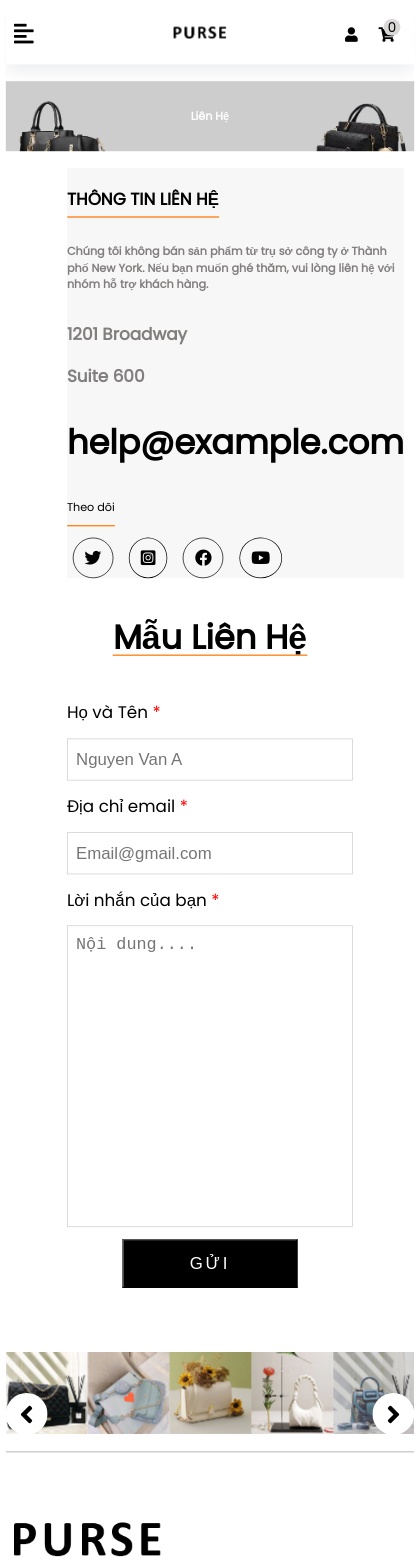
Repository: minh352623/project_firebase
Page: contact.html
These files come from the project's save history. The page is drawn as it stood at one moment and after the next save; the edit follows.
The browser window is 600 px wide. The pictures show the part of the page from y = 0 to 2240 px (the page is 3200 px tall before and 3186 px after), at 70% of full size.
Some web libraries are served in a nearby version.

Above is the page before, as saved 2022-05-12 20:18:20.

### contact.html
<!DOCTYPE html>
<html lang="en">

<head>
  <meta charset="UTF-8" />
  <meta http-equiv="X-UA-Compatible" content="IE=edge" />
  <meta name="viewport" content="width=device-width, initial-scale=1.0" />
  <link rel="icon" href="./assets/img/logo.webp">

  <link rel="stylesheet" href="https://cdnjs.cloudflare.com/ajax/libs/font-awesome/5.15.4/css/all.min.css"
    integrity="sha512-1ycn6IcaQQ40/MKBW2W4Rhis/DbILU74C1vSrLJxCq57o941Ym01SwNsOMqvEBFlcgUa6xLiPY/NS5R+E6ztJQ=="
    crossorigin="anonymous" referrerpolicy="no-referrer" />
  <link rel="preconnect" href="https://fonts.googleapis.com" />
  <link rel="preconnect" href="https://fonts.gstatic.com" crossorigin />
  <link href="https://fonts.googleapis.com/css2?family=Poppins&display=swap" rel="stylesheet" />
  <link rel="stylesheet" href="./assets/css/base.css" />
  <link rel="stylesheet" type="text/css" href="https://cdn.jsdelivr.net/npm/slick-carousel@1.8.1/slick/slick.css" />
  <link rel="stylesheet" href="./assets/css/main.css" />
  <link rel="stylesheet" href="./assets/css/contact.css">
  <link rel="stylesheet" href="./assets/css/reponsive.css">

  <title>Liên Hệ</title>
</head>

<body>
  <div class="app">
    <div class="header">
      <div class="navbar">
        <div class="icon-mobile-menu">
          <i class="fas fa-align-left"></i>
        </div>
        <div class="navbar-logo">
          <a href="#">
            <img src="./assets/img/logo.webp" alt="" />
          </a>
        </div>
        <div class="navbar-link ">
          <ul class="navbar-link-list">
            <li class="navbar-link-item mobile-hello"></li>

            <li><a href="trangchu.html" class="navbar-link-item">Trang Chủ</a></li>
            <li><a href="introduce.html" class="navbar-link-item">Giới Thiệu</a></li>
            <li class="link-hover">
              <a href="./product.html" class="navbar-link-item">Sản Phẩm<i class="fas fa-angle-down"></i></a>
              <ul class="product-selsect">
                <li><a href="">Yêu Thích</a></li>
                <li><a href="">Giảm Giá</a></li>
              </ul>
            </li>
            <li><a href="contact.html" class="navbar-link-item">Liên Hệ</a></li>
            <li><a href="" class="navbar-link-item">Thanh Toán</a></li>
            <li><a href="./register.html" class="navbar-link-item delete-log mobile-register">Đăng ký</a></li>
            <li><a href="./index.html" class="navbar-link-item delete-log mobile-login">Đăng nhập</a></li>
            <li><a href="./index.html" class="navbar-link-item mobile-exit">Thoát</a></li>
          </ul>
        </div>

        <div class="navbar-icon">
          <div class="navbar-log">
            <div class="log-in">
              <span>
                <a class="log-in-icon" href="./index.html">
                  Đăng nhập
                </a>
              </span>
            </div>
            <div class="register">
              <span class="register-char">/</span>
              <span><a class="register-icon" href="./register.html">Đăng ký</a></span>
            </div>
          </div>
          <div class="hello ">
            <span>Chào!</span>
            <span class="name-user "></span>
            <span >|</span>
            <a href="./index.html" class="exit">Thoát</a>
          </div>
          <div class="navbar-icon-list">
            <a href="./user.html " class="navbar-icon-item user-icon">
              <i class="fas fa-user"></i>
            </a>
            <span class="navbar-icon-item cart">
              <i class="fas fa-cart-plus"></i>
              <span class="quantity-item">0</span>

            </span>
            <span class="navbar-icon-item search">
              <i class="fas fa-search"></i>
            </span>
          </div>
        </div>
      </div>
    </div>

    <div class="main">
      <div class="contact-banner">
        <h2 class="contact-title">
          Liên Hệ
        </h2>
        <div class="contact-link none">
          <span>Trang chủ</span>
          <span>></span>
          <span>Liên hệ</span>

        </div>
      </div>
      <div class="contact-container">
        <div class="contact-top">
          <div class="contact-top__layout">
            <div class="contact-info">
              <h2 class="contact-info-border">THÔNG TIN LIÊN HỆ</h2>
              <p class="contact-content">Chúng tôi không bán sản phẩm từ trụ sở công ty
                ở Thành phố New York. Nếu bạn muốn ghé thăm, vui lòng liên hệ với nhóm hỗ trợ khách hàng.</p>
              <div>

                <p>1201 Broadway</p>
                <p> Suite 600</p>
              </div>
              <h2 class="contact-email">help@example.com</h2>
              <p class="contact-info-border">Theo dõi</p>

              <div class="contact-info__icon">
                <span class="contact-info__icon-tw">
                  <i class="fab fa-twitter"></i>
                </span>
                <span class="contact-info__icon-insta">
                  <i class="fab fa-instagram-square"></i>
                </span>
                <span class="contact-info__icon-face">
                  <i class="fab fa-facebook"></i>
                </span>
                <span class="contact-info__icon-youtube">
                  <i class="fab fa-youtube"></i>
                </span>
              </div>


            </div>
            <div class="contact-images ">
              <img src="./assets/img/contact/contact-bn2.png" alt="">
            </div>
          </div>

        </div>
        <div class="contact-form">
          <h1>Mẫu Liên Hệ</h1>
          <form class="contact-form-content">
            <div class="contact-form-content-top">
              <div class="contact-form-content-left">
                <div class="contact-form-content-item">
                  <p>Họ và Tên</p>
                  <span>*</span>
                </div>
                <input required type="text" placeholder="Nguyen Van A">
              </div>
              <div class="contact-form-content-right">
                <div class="contact-form-content-item">
                  <p>Địa chỉ email</p>
                  <span>*</span>
                </div>
                <input required type="email" placeholder="Email@gmail.com">
              </div>
            </div>
            <div class="contact-form-content-bot">
              <div class="contact-form-content-item">
                <p>Lời nhắn của bạn</p>
                <span>*</span>
              </div>
              <textarea required name="" id="" cols="50" rows="15" placeholder="Nội dung...."></textarea>
            </div>
            <div class="contact-form-content-btn">
              <button type="submit">GỬI</button>
            </div>

          </form>
        </div>

      </div>
      <div class="contact-instagram">
        <div class="contact-instagram-list">
          <div class="contact-instagram-list-item">
            <img src="./assets/img/contact/instagram1.webp" alt="">
            <div class="contact-instagram-list-item-hover">
              <i class="fab fa-instagram"></i>
            </div>
          </div>
          <div class="contact-instagram-list-item">
            <img src="./assets/img/contact/instagram2.webp" alt="">
            <div class="contact-instagram-list-item-hover">
              <i class="fab fa-instagram"></i>
            </div>
          </div>
          <div class="contact-instagram-list-item">
            <img src="./assets/img/contact/instagram3.webp" alt="">
            <div class="contact-instagram-list-item-hover">
              <i class="fab fa-instagram"></i>
            </div>
          </div>
          <div class="contact-instagram-list-item">
            <img src="./assets/img/contact/instagram4.webp" alt="">
            <div class="contact-instagram-list-item-hover">
              <i class="fab fa-instagram"></i>
            </div>
          </div>
          <div class="contact-instagram-list-item">
            <img src="./assets/img/contact/instagram5.webp" alt="">
            <div class="contact-instagram-list-item-hover">
              <i class="fab fa-instagram"></i>
            </div>
          </div>
          <div class="contact-instagram-list-item">
            <img src="./assets/img/contact/instagram6.webp" alt="">
            <div class="contact-instagram-list-item-hover">
              <i class="fab fa-instagram"></i>
            </div>
          </div>
          <div class="contact-instagram-list-item">
            <img src="./assets/img/contact/instagram7.webp" alt="">
            <div class="contact-instagram-list-item-hover">
              <i class="fab fa-instagram"></i>
            </div>
          </div>



        </div>


      </div>

    </div>

    <div class="footer">
      <div class="footer-content">
        <div class="footer-content-item">
          <div class="footer-content-img">
            <img src="./assets/img/logo.webp" alt="">
          </div>
          <p>Đơn giản tinh tế cho tâm trí độc lập</p>
          <div class="footer-content-icon">
            <a href="#"><i class="fab fa-twitter"></i></a>
            <a href="#"><i class="fab fa-facebook"></i></a>

            <a href="#"><i class="fab fa-instagram-square"></i></a>

          </div>
        </div>
        <div class="footer-content-item">
          <div class="footer-content-item-title">
            <span>Trợ Giúp & Thông Tin</span>
            <ul class="footer-content-item-list">
              <li>Hướng dẫn mua hàng</li>
              <li>Hướng dẫn thanh toán</li>
              <li>Chính sách bảo hành</li>
              <li>Chính sách đổi trả</li>
              <li>Tư vấn khách hàng</li>
            </ul>
          </div>
        </div>
        <div class="footer-content-item">
          <div class="footer-content-item-title">
            <span>Về Chúng Tôi</span>
            <ul class="footer-content-item-list">
              <li>Giới thiệu</li>
              <li>Tin khuyến mãi</li>
              <li>Liên hệ</li>
              <li>Địa chỉ cửa hàng</li>
              <li>Chính sách bảo mật </li>
            </ul>
          </div>
        </div>
        <div class="footer-content-item">
          <div class="footer-content-item-title">
            <span>Hỗ trợ khách hàng</span>
            <ul class="footer-content-item-list">
              <li>Tài khoản</li>
              <li>Giỏ hàng</li>
              <li>Thanh toán</li>
              <li>Kiểm tra đơn hàng</li>
              <li>Cảm nhận khách hàng</li>
            </ul>
          </div>
        </div>

      </div>



    </div>
  </div>
  <div class="model-cart ">
    <div class="cart-container">
      <div class="cart-top">
        <div class="clear cart-top-close">
          <i class="fas fa-times"></i>
        </div>
        <div class="cart-top-title">
          <span>Giỏ Hàng</span>
        </div>
        <div class="cart-top-quantity">
          <span>1</span>
        </div>

      </div>

      <div class="array-empty"></div>
      <div class="cart-center">
      </div>

      <div class="cart-bottom">
        <div class="cart-bottom-price">
          <span>Tổng tiền:</span>
          <span class="total-price">0</span>
        </div>

        <div class="cart-bottom-btn">
          <a href="#"> <button>Xem giỏ hàng</button></a>
          <a href="#"> <button>Thanh toán</button></a>

        </div>
      </div>
    </div>

  </div>

  <script type="text/javascript" src="https://code.jquery.com/jquery-1.11.0.min.js"></script>
  <script type="text/javascript" src="https://code.jquery.com/jquery-migrate-1.2.1.min.js"></script>
  <script type="text/javascript" src="https://cdn.jsdelivr.net/npm/slick-carousel@1.8.1/slick/slick.min.js"></script>
  <script src="./js/slick.js"></script>
  <script src="./js/main.js" type="module"></script>
  <script src="./js/user.js"></script>

</body>

</html>

### assets/css/base.css
:root{
    --background-main:#e4e4e4;
    --hover-color:#ff871d ;
    --white-color:#fff;
    --text-color: #000;

}

*{
    box-sizing:  border-box;
}

html{
    /* 16px */
    font-size: 100%;
    line-height: 1.6rem;
    font-family: 'Poppins', sans-serif;
    scroll-behavior: smooth;
}

### assets/css/contact.css
.contact-banner{
    background-image: url('../img/contact/contact-bn1.png');
    background-size: contain;
    height: 60vh;
    display: flex;
    flex-direction: column;
    justify-content: center;
    align-items: center;
}

.contact-title {
    color: #fff;
    font-size: 3rem;
}
.contact-link {
    font-size: 1.5rem;
    color: #fff;


}
.contact-container{

    width: 80%;
    margin: 24px auto;
}
.contact-top{
    display: flex;
    justify-content: center;
}
.contact-top__layout{
    display: grid;
    grid-template-columns: 1fr 1fr;
    background-color: #f7f7f7;
    padding: 8px;
}
.contact-info{
    padding: 0 30px;
    display: flex;
    flex-direction: column;
    justify-content: space-between;

}

.contact-images img{
    width: 100%;
    height: 100%;
    object-fit: cover;
}
.contact-info >div,
.contact-content{
    font-weight: 600;
    color: rgb(129, 126, 126);
    font-size: 1.5rem;
    line-height: 1.5;

}
.contact-email{
    font-size: 3rem;
}
.contact-info > p:nth-child(2){
    font-size: 1.4rem;
}


.contact-info__icon i{
    margin: 0 8px;
    padding: 16px;
    border: 1px solid #000;
    border-radius:50%;
    color: #000;
    cursor: pointer;

}
.contact-info__icon i:hover{
    background-color: var(--hover-color);
    color: var(--white-color)
}
.contact-form h1,
.contact-info-border{
    border-bottom: 2px solid #ff871d;
    display: inline;
    width: fit-content;
    padding: 12px 0;
}

.contact-form{
    display: flex;
    flex-direction: column;
    margin: 48px 0;
}
.contact-form h1{
    text-align: center;
    margin: 12px auto;
    font-size:3rem;
}
.contact-form-content{
    margin: 32px 0;
    font-size: 1.5rem;
}
.contact-form-content-top{
    display: grid;
    grid-template-columns: 1fr 1fr;
    grid-gap: 0 24px;
}

.contact-form-content-right input,
.contact-form-content-left input{
    width: 100%;
    height: 60px;
    font-size: 1.5rem;
    padding: 12px;
    border:1px solid #ccc;
}

.contact-form-content-bot textarea{
    width: 100%;
    resize: none;
    font-size: 1.5rem;
    padding: 12px;
    border-color: #ccc;

}
.contact-form-content-item p{
  display: inline-block;
}
.contact-form-content-item span{
    color: red;
    font-size: 1.5rem;
}

.contact-form-content-btn{
    text-align: center;
    padding: 12px;

}
.contact-form-content-btn button{
    width: 250px;
    height: 70px;
    font-size: 1.5rem;
    color: var(--white-color);
    background-color: var(--text-color);
    letter-spacing: 4px;
    cursor: pointer;
}
.contact-form-content-btn button:hover{
    background-color: var(--hover-color);
    border: 0;
}


.contact-instagram-list-item{
    position: relative;
    display: grid;
    grid-template-columns: repeat(4, 1fr);
    overflow: hidden;
}
.contact-instagram-list-item img{
    width: 100%;
    transition: all 0.6s ease;
    object-fit: cover;
}
.contact-instagram-list-item-hover{
    position: absolute;
    top: 0;
    left: 0;
    bottom: 0;
    right: 0;
    display: flex;
    justify-content: center;
    align-items: center;
    color: var(--white-color);
    font-size: 3rem;
    background-color: rgba(0, 0, 0, 0.6);
    visibility: hidden;
    opacity: 0;
    transition: all 1s ease;

}
.contact-instagram-list-item:hover img {
    transform: scale(1.2);
}

.contact-instagram-list-item:hover .contact-instagram-list-item-hover{
 visibility: visible;
 opacity: 1;

}
.user-icon{
    text-decoration: none;
    color: #000;
}

### assets/css/reponsive.css

@media (min-width: 740px) and (max-width: 1023px){

}
/* mobile */
@media  (max-width: 739px){
    .navbar-logo img {
        width: 75px;
    }
    .search {
        display: none;
    }
    .navbar-link {
        position: fixed;
        background-color: rgba(0, 0, 0, 0.4);
        z-index: 999;
        top: 0;
        bottom: 0;
        right: 0;
        left: 0;
        visibility: hidden;


    }
    .navbar-link.active{
        visibility: visible;
    }
    .navbar-link.active .navbar-link-list{
        transform: translateX(0);
        opacity: 1;
    }
    .navbar-link-list{
        position: absolute;
        background-color: #fff;
        top: 0;
        left: 0;
        bottom: 0;
        flex-direction: column;
        margin-top: 0;
        box-shadow: rgba(149, 157, 165, 0.2) 0px 8px 24px;
        width: 300px;
        transform: translateX(-100%);
        opacity: 0;
        transition: all 0.5s ease;
    }
    .navbar-link-list li{


        border-bottom: 0.5px solid #999;
    }

    .navbar-link-list li a{
        text-align: left;

        padding: 8px;
        margin: 20px 0;
        display: flex;
        font-size: 1.2rem;
        text-transform: uppercase;
    }
    .navbar-log{
        display: none;
    }
    .icon-mobile-menu {
        display: block;
        margin-right: 50px;
    }
    .main-banner{
        grid-template-columns: repeat(1,1fr);
        grid-gap:12px 0
    }
    .main-conent{
        display: none;
    }
    .main-product {
        grid-template-columns: repeat(1,1fr);
        overflow-y: auto;
    }
    .main-time{
        display: none;
    }
    .none{
        display: none;
    }
    .main-blog-list{
        grid-template-columns: 1fr;
    }
    .footer-content{
        grid-template-columns: repeat(1,1fr);
    }


    /* Introduce */
    .contact-banner{
        background-repeat: no-repeat;
        height: 100px;
        width: 100%;
        background-size: cover;
    }
    .contact-title{
        font-size: 1rem;


    }
    .main-content{
        width: 100%;
    }
    .main-content-text{
        padding: 0;
    }
    .main-content-item{
        grid-template-columns: repeat(1,1fr);
    }
    .main-content .main-content-item:nth-child(2){
        display: flex;
        flex-direction: column-reverse;
    }

    .page-product{
        grid-template-columns: repeat(2 ,1fr);
    }
    .contact-top__layout{
    display: grid;
    grid-template-columns: repeat(1,1fr);
    grid-gap:12px 0

    }
    .contact-container{
        width: 70%;

    }
    .contact-top{
        margin-top: 12px;
        width: fit-content;
    }
    .contact-top__layout,
    .contact-info{
        padding: 0;
    }
    .contact-form-content{
        display: grid;
        grid-template-columns: repeat(1,1fr);
    }
    .contact-form-content-top{
        grid-template-columns: repeat(1,1fr);
    }
    .cart-container{
        width: 80%;
    }
    .contact-images {
        display: none;
    }

    /* login */
    .main{
        width: 100%;
    }
    .main-login form{
        grid-template-columns: repeat(1, 1fr);
    }
    .main-login{
        width: 100%;
        margin: 0;
    }

    .main-login-item input{
        width: 100%;
    }
    .main-register,
    .mess{
        width: 100%;
    }
    .main-register form{
        grid-template-columns: repeat(1,1fr);
    }
    .main-register-item input{
        width: 100%;
    }
    .hello{
        display: none;
    }
    .mobile-heollo,
    .delete-log,
    .mobile-exit{
        display: block;
    }

    /* contact */
    .contact-info > p:nth-child(2){
        font-size: 1rem;
    }
    .contact-top__layout, .contact-info{
        width: 100%;
    }
}

Loaded but not shown: js/main.js (210 lines, source omitted); js/data.js (167 lines, source omitted); js/user.js (50 lines, source omitted); js/slick.js (33 lines, source omitted); assets/css/main.css (640 lines, source omitted)

After the next save:
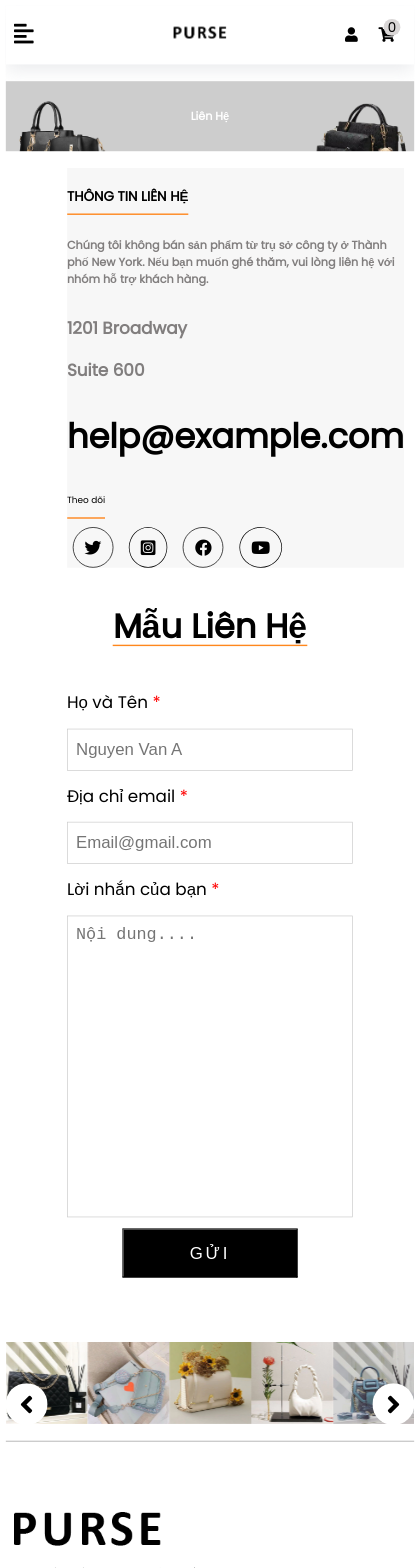
Saved 111 s later.
--- a/assets/css/reponsive.css
+++ b/assets/css/reponsive.css
@@ -150,6 +150,9 @@
     .contact-images {
         display: none;
     }
+    .contact-info{
+        font-size: 0.8rem;
+    }
 
     /* login */
     .main{
